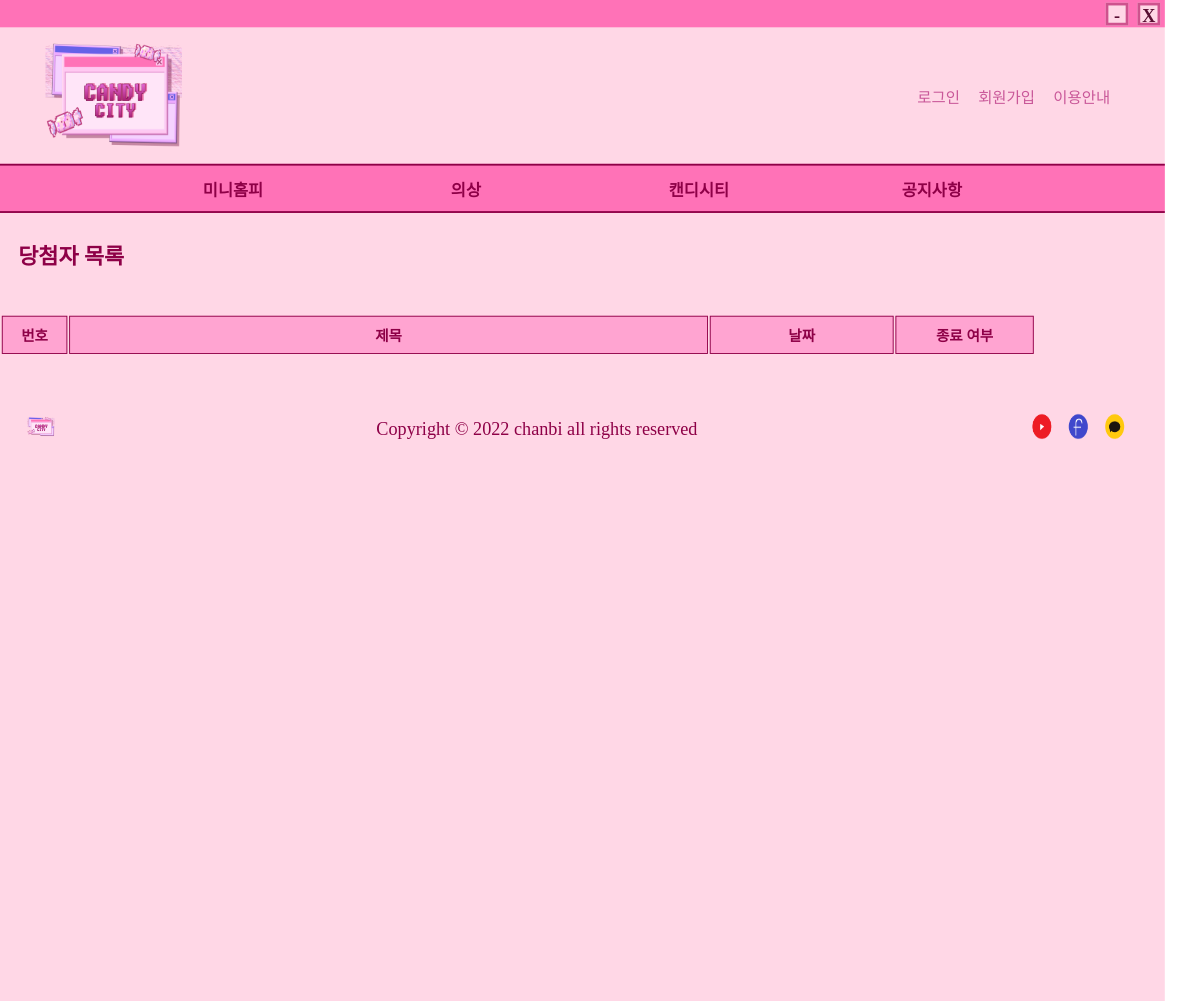
Repository: chanbiM/candyCityProject
Page: http://localhost/CandyCityProj/getNoticeList?type=null
These files come from the project's save history. The page is drawn as it stood at one moment and after the next save; the edit follows.
The browser window is 1280 px wide. The page is 1310 px wide, so the pictures cover 1310 px, including what lies to the right of the window. The pictures show the whole page, at 91% of full size.
Some web fonts or font styles are not loaded; a fallback is used. The page is served by Tomcat 9. Other server files are loaded and not shown. Queries for data that is not in the repository find no rows.

Above is the page before, as saved 2022-11-19 08:13:14.

### CandyCityProj/WebContent/member/event/noticeList.jsp
<%@page import="vo.NoticeVO"%>
<%@page import="java.util.ArrayList"%>
<%@page import="vo.MemberVO"%>
<%@ page language="java" contentType="text/html; charset=UTF-8"
    pageEncoding="UTF-8"%>
<%@ include file="/header.jsp"%>
<link rel="stylesheet" href="/css/homepiStyle.css">
<link rel="stylesheet" href="/css/postListStyle.css">

	<br>
<%
	ArrayList<NoticeVO> noticeList = (ArrayList<NoticeVO>)request.getAttribute("noticeList");
	String type = (String)request.getAttribute("type");
%>
	<!--이벤트 목록-->
	<%
		if(type.equals("E")){
	%>
			<h2>이벤트 목록</h2> <br>
	<% } else if(type.equals("N")) {%>
			<h2>공지사항 목록</h2> <br>
	<% } else {%>
			<h2>당첨자 목록</h2> <br>
	<% } %>


			<table id="homepiList">
				<tr>
					<th class="number">
						번호
					</th>

					<th class="title">
						제목
					</th>

					<th class="date">
						날짜
					</th>

					<th class="end">
						종료 여부
					</th>
				</tr>

				<%
					int num = 1;
					for(NoticeVO data : noticeList) {
				%>
					<tr>
						<td>
							<a href="/getNotice?noticeCode=<%= data.getNoticeCode() %>"><%= num %></a>
						</td>
						<td>
							<a href="/getNotice?noticeCode=<%= data.getNoticeCode() %>"><%= data.getTitle() %></a>
						</td>
						<td>
							<a href="/getNotice?noticeCode=<%= data.getNoticeCode() %>"><%= data.getWriteDate() %></a>
						</td>
						<td>
							<% if(data.getEndO() == null){ %>
								<a href="/getNotice?noticeCode=<%= data.getNoticeCode() %>">진행중</a>
							<% } else {%>
								<a href="/getNotice?noticeCode=<%= data.getNoticeCode() %>">종료</a>
							<% } %>
						</td>
				</tr>
					<% num++; %>
				<% } %>


			</table>

<%@ include file="/footer.jsp"%>

### CandyCityProj/WebContent/header.jsp
<%@page import="vo.MemberVO"%>
<%@ page language="java" contentType="text/html; charset=UTF-8"
	pageEncoding="UTF-8"%>
<!DOCTYPE html>
<html>
<head>
<meta charset="UTF-8">
<title>Candy City</title>
<link rel="stylesheet" href="/css/mainStyle.css">
<script src="/js/jquery-3.1.1.min.js"></script>
</head>
<body>
	<div class="wrapper">
		<!-- 창 바 -->
		<div class="window">
			<button class="widow_btn" id="-_btn">-</button>
			<button class="widow_btn" id="x_btn">X</button>
		</div>

		<header>
			<!-- 로고 -->
			<div class="logo">
				<a href="/index.jsp"><img alt="로고" src="/images/logo.png"></a>
			</div>

			<!-- 기타 메뉴바 -->
			<div class="minimenu">

				<ul>
					<%
						MemberVO vo = (MemberVO) session.getAttribute("loginOK");
						if (vo == null) {
					%>
					<li><a href="/member/login.jsp">로그인</a></li>
					<li><a href="/member/insertMember.jsp">회원가입</a></li>
					<li><a href="#">이용안내</a></li>
					<%
						} else {
					%>
					<li><a href="/member/myPage.jsp"><%=vo.getName()%>님</a></li>
					<li><a href="/logout"> 로그아웃 </a></li>
					<li><a href="/member/myPage.jsp">마이페이지</a></li>
					<li><a href="#">이용안내</a></li>

					<%
						}
					%>
				</ul>

			</div>
		</header>

		<!-- 메뉴바 -->
		<nav>
			<ul class="mainmenu">
				<li><a href="/getHomepiList">미니홈피</a>
					<ul class="submenu">
					<%
						if (vo == null) {
					%>
						<li><a href="/member/login.jsp">내 미니홈피</a></li>
						<li><a href="/getHomepiList">미니홈피 목록</a></li>
					<%
						} else {
					%>

						<li><a href="/GetHomepi?id=<%= vo.getId() %>">내 미니홈피</a></li>
						<li><a href="/getHomepiList">미니홈피 목록</a></li>
					<%
						}
					%>
					</ul></li>

				<li><a href="/character/shop.jsp">의상</a>
					<ul class="submenu">
						<li><a href="/character/character_setting.jsp">내 의상</a></li>
						<li><a href="/character/shop.jsp">의상 상점</a></li>
					</ul></li>

				<li><a href="#">캔디시티</a>
					<ul class="submenu">
					</ul></li>

				<li><a href="#">공지사항</a>
					<ul class="submenu">
						<li><a href="/getNoticeList?type=E">이벤트</a></li>
						<li><a href="/getNoticeList?type=N">공지사항</a></li>
						<li><a href="/getNoticeList?type=R">당첨자 발표</a></li>
					</ul></li>

				<%
					MemberVO adminVo = (MemberVO) session.getAttribute("manager");
					if (adminVo != null) {
				%>
				<li><a href="/member/memberList_admin.jsp">관리자용 메뉴</a>
					<ul class="submenu">
						<li><a href="#">유저 리스트</a></li>
						<!-- <li><a href="#">문의글 확인</a></li>
						<li><a href="#">신고글 확인</a></li> -->
						<li><a href="/admin/noticeInsert.jsp">공지사항/이벤트 작성</a></li>
					</ul></li>
			<%
				}
			%>
			</ul>

		</nav>

### CandyCityProj/WebContent/footer.jsp
<%@ page language="java" contentType="text/html; charset=UTF-8"
    pageEncoding="UTF-8"%>
        <!-- 푸터 영역 -->
        <footer>
            <!-- 하단로고 -->
            <div>
                <a href="/index.jsp" class="logo">
                    <img src="/images/logo.png" alt="로고" >
                </a>
            </div>
            <!-- 카피라이트 -->
            <div class="copyright">
                <p> Copyright &copy; 2022 chanbi all rights reserved</p>
            </div>
            <!-- SNS -->
            <div>
                <ul class="sns">
                    <li><a href="https://www.youtube.com/@rorochanbi"><img src="/images/youtube.png" alt="유튜브" height="40"></a></li>
                    <li><a href="#"><img src="/images/facebook.png" alt="페이스북" height="40"></a></li>
                    <li><a href="https://open.kakao.com/o/s1olGebe"><img src="/images/kakao.png" alt="카카오톡" height="40"></a></li>
                </ul>
            </div>
        </footer>
    </div>
	<script src="/js/script.js"></script>
</body>
</html>

### CandyCityProj/src/controller/GetNoticeListController.java
package controller;

import java.io.IOException;
import java.io.PrintWriter;
import java.util.ArrayList;

import javax.servlet.ServletException;
import javax.servlet.annotation.WebServlet;
import javax.servlet.http.HttpServlet;
import javax.servlet.http.HttpServletRequest;
import javax.servlet.http.HttpServletResponse;

import dao.MemberDAO;
import dao.adminDAO;
import vo.MemberVO;
import vo.NoticeVO;

@WebServlet("/getNoticeList")
public class GetNoticeListController extends HttpServlet {
	private static final long serialVersionUID = 1L;

    public GetNoticeListController() {
        super();
    }

	protected void doGet(HttpServletRequest request, HttpServletResponse response) throws ServletException, IOException {
		response.setContentType("text/html; charset=UTF-8");
		request.setCharacterEncoding("UTF-8");
		PrintWriter out = response.getWriter();
		adminDAO dao = new adminDAO();
		String type = request.getParameter("type");
		System.out.println(type);

		ArrayList<NoticeVO> noticeList = dao.getNoticeList(type);

		request.setAttribute("noticeList", noticeList);
		request.setAttribute("type", type);
		request.getRequestDispatcher("/member/event/noticeList.jsp").forward(request, response);
	}

	protected void doPost(HttpServletRequest request, HttpServletResponse response) throws ServletException, IOException {
		doGet(request, response);
	}

}

### CandyCityProj/src/dao/adminDAO.java
package dao;

import java.sql.Connection;
import java.sql.PreparedStatement;
import java.sql.ResultSet;
import java.sql.SQLException;
import java.util.ArrayList;

import common.JdbcUtill;
import vo.MemberVO;
import vo.NoticeVO;
import vo.PostVO;

public class adminDAO {
	//공지사항 작성
	public int insertNotice(NoticeVO vo, MemberVO memberVo) {
		int n = 0;

		Connection conn = null;
		PreparedStatement pstmt = null;
		String sql = "insert into manager_notice values('notice-'||notice_seq.nextval,?,?,?,?,NULL,SYSDATE)";

		conn = JdbcUtill.getConnection();

		try {
			pstmt = conn.prepareStatement(sql);

			pstmt.setString(1, memberVo.getId());
			pstmt.setString(2, vo.getType());
			pstmt.setString(3, vo.getTitle());
			pstmt.setString(4, vo.getContents());

			n = pstmt.executeUpdate();

		} catch (SQLException e) {
			e.printStackTrace();
		} finally {
			JdbcUtill.close(conn, pstmt);
		}

		return n;
	}

	//이벤트 게시글 조회
	public ArrayList<NoticeVO> getNoticeList(String type) {
		ArrayList<NoticeVO> list = new ArrayList<NoticeVO>();
		Connection conn = null;
		PreparedStatement pstmt = null;
		ResultSet rs = null;
		String sql = "select * from manager_notice where type=? ORDER BY notice_code desc";

		try {
			conn = JdbcUtill.getConnection();
			pstmt = conn.prepareStatement(sql);
			pstmt.setString(1, type);
			rs = pstmt.executeQuery();

			while (rs.next()) {
				NoticeVO vo = new NoticeVO();
				vo.setNoticeCode(rs.getString("notice_code"));
				vo.setId(rs.getString("id"));
				vo.setType(rs.getString("type"));
				vo.setTitle(rs.getString("title"));
				vo.setContents(rs.getString("contents"));
				vo.setEndO(rs.getString("end_o"));
				vo.setWriteDate(rs.getDate("write_date"));

				list.add(vo);
			}

		} catch (SQLException e) {
			e.printStackTrace();
			System.out.println("테이블 데이터 조회 실패");
		} finally {
			 JdbcUtill.close(conn, pstmt, rs);
		}
		return list;
	}

	//공지사항 내용 조회
	public NoticeVO getNoticeInfo(String noticeCode) {
		Connection conn = null;
		PreparedStatement pstmt = null;
		ResultSet rs = null;
		String sql = "select * from manager_notice where notice_code=?";
		NoticeVO result = new NoticeVO();

		conn = JdbcUtill.getConnection();
		try {
			pstmt = conn.prepareStatement(sql);
			pstmt.setString(1, noticeCode);

			rs = pstmt.executeQuery();

			if(rs.next()) {
				result.setNoticeCode(rs.getString("notice_code"));
				result.setId(rs.getString("id"));
				result.setType(rs.getString("type"));
				result.setTitle(rs.getString("title"));
				result.setContents(rs.getString("contents"));
				result.setEndO(rs.getString("end_o"));
				result.setWriteDate(rs.getDate("write_date"));
			}

		} catch (Exception e) {
			e.printStackTrace();
		} finally {
			JdbcUtill.close(conn, pstmt, rs);
		}

		return result;
	}

	//공지사항 인덱스에 몇개만 출력
	public ArrayList<NoticeVO> getNoticeIndex(String type) {
		ArrayList<NoticeVO> list = new ArrayList<NoticeVO>();
		Connection conn = null;
		PreparedStatement pstmt = null;
		ResultSet rs = null;
		String sql = "select ROWNUM, a.* from (SELECT * FROM manager_notice where type=? AND end_o IS null ORDER BY notice_code desc) a where ROWNUM <=9";

		try {
			conn = JdbcUtill.getConnection();
			pstmt = conn.prepareStatement(sql);
			pstmt.setString(1, type);
			rs = pstmt.executeQuery();

			while (rs.next()) {
				NoticeVO vo = new NoticeVO();
				vo.setNoticeCode(rs.getString("notice_code"));
				vo.setType(rs.getString("type"));
				vo.setTitle(rs.getString("title"));
				vo.setEndO(rs.getString("end_o"));

				list.add(vo);
			}

		} catch (SQLException e) {
			e.printStackTrace();
			System.out.println("테이블 데이터 조회 실패");
		} finally {
			 JdbcUtill.close(conn, pstmt, rs);
		}
		return list;
	}

	public int updateEnd(String noticeCode) {
		int n = 0;
		Connection conn = null;
		PreparedStatement pstmt = null;
		String sql = "update manager_notice set end_o='O' where notice_code=?";

		try {
			conn = JdbcUtill.getConnection();
			pstmt = conn.prepareStatement(sql);
			pstmt.setString(1, noticeCode);

			n = pstmt.executeUpdate();
		} catch (Exception e) {
			e.printStackTrace();
		} finally {
			JdbcUtill.close(conn, pstmt);
		}
		return n;
	}

	//멤버리스트
	public ArrayList<MemberVO> getMemberList() {
		ArrayList<MemberVO> list = new ArrayList<MemberVO>();
		Connection conn = null;
		PreparedStatement pstmt = null;
		ResultSet rs = null;
		String sql = "select * from member ORDER BY name asc";

		try {
			conn = JdbcUtill.getConnection();
			pstmt = conn.prepareStatement(sql);

			rs = pstmt.executeQuery();

			while (rs.next()) {
				MemberVO vo = new MemberVO();
				vo.setId(rs.getString("id"));
				vo.setName(rs.getString("name"));
				vo.setJoinDate(rs.getDate("join_date"));
				vo.setLoginDate(rs.getDate("login_date"));
				vo.setCandy(rs.getInt("candy"));
				vo.setPostNum(rs.getInt("post_num"));
				vo.setCommentNum(rs.getInt("comment_num"));
				vo.setManager(rs.getString("manager"));

				list.add(vo);
			}

		} catch (SQLException e) {
			e.printStackTrace();
			System.out.println("테이블 데이터 조회 실패");
		} finally {
			 JdbcUtill.close(conn, pstmt, rs);
		}
		return list;
	}
}

### CandyCityProj/src/common/JdbcUtill.java
package common;

import java.sql.Connection;
import java.sql.DriverManager;
import java.sql.PreparedStatement;
import java.sql.ResultSet;

public class JdbcUtill {
	public static Connection getConnection() {
		Connection conn = null;

		try {
			Class.forName("oracle.jdbc.driver.OracleDriver");
			conn = DriverManager.getConnection("jdbc:oracle:thin:@localhost:1521:xe", "hr", "hr");
		} catch (Exception e) {
			System.out.println("DB 연결 실패");
			e.printStackTrace();
		}
		return conn;
	}

	public static void close(Connection conn, PreparedStatement pstmt) {
		if (pstmt!= null) {
			try {
				pstmt.close();
			} catch (Exception e) {
				// TODO: handle exception
				System.out.println("pstmt.close() 실패");
			}
		}

		if(conn != null) {
			try {
				conn.close();
			} catch (Exception e) {
				// TODO: handle exception
				System.out.println("conn.close() 실패");
				e.printStackTrace();
			}
		}
	}

	public static void close(Connection conn, PreparedStatement pstmt, ResultSet rs) {
		if(rs != null) {
			try {
				rs.close();
			} catch (Exception e) {
				// TODO: handle exception
				System.out.println("rs.close() ����");
				e.printStackTrace();
			}
		}
		close(conn, pstmt);
	}


}

### CandyCityProj/WebContent/css/homepiStyle.css
body {
    -ms-overflow-style: none;
}

body::-webkit-scrollbar {
    display: none;
}
.wrapper {
	min-height: 1100px;
}

.member_info {
    width: 95%;
    background-color: #fecddd;
    height: 150px;
    margin: auto;
    padding: 20px;
}

.member_info ul {
    display: flex;
    justify-content: space-evenly;
    align-items: center;
}

.profile_char {
    width: 150px;
    height: 150px;
    background-color: rgb(164, 111, 130);
    border-radius: 20px;
}

.info {
    width: 800px;
}

#homepi_info {
    width: 150px;
    height: 40px;
    margin-top: 100px;
    background-color: #ca6497;
    color: #fff1f1;
    border: 2px #9a4f74 solid;
    border-radius: 5px;
}

#homepi_info:hover {
    background-color: #943464;
    color: #d5c8c8;
    cursor: pointer;
    transition: background-color 0.2s, color 0.2s;
}

input:focus {outline: none;}

input::placeholder {
    color: #7e3b5d;
}

.character_info {
    float: left;
    width: 300px;
    background-color: #fecddd;
    height: 470px;
    margin: 15px;
    padding: 20px;
    text-align: center;
}

.info_character {
    background-color: rgb(164, 111, 130);
    width: 280px;
    border-radius: 20px;
    height: 350px;
    display: flex;
    margin: auto;
    margin-bottom: 5px;
}

#post_btn {
    width: 250px;
    height: 40px;
    margin-bottom: 10px;
    background-color: #ca6497;
    color: #fff1f1;
    border: 2px #9a4f74 solid;
    border-radius: 5px;
}
#post_btn:hover {
    background-color: #943464;
    color: #d5c8c8;
    cursor: pointer;
    transition: background-color 0.2s, color 0.2s;
}

.post_search {
    margin: 15px;

}

input[type="text"]{
   width: 65%;
   height: 50px;

    font-size: 25px;
    padding-left: 5px;
    /*border: #811b4e 2px solid;*/
    border: 2px solid #943464;
    background-color: rgb(255, 255, 255);
  }

  input[type="submit"]{
    width: 5%;
    height: 56px;
    background-color: #ca6497;
    color: #fff1f1;
    border: 2px #9a4f74 solid;
  }
  input[type="submit"]:hover {
    background-color: #943464;
    color: #d5c8c8;
    cursor: pointer;
    transition: background-color 0.2s, color 0.2s;
}

.representative_post {
    border: 2px solid #943464;

    width: 66%;
    height: 750px;
    display: inline-block;
    padding: 20px;
}
#post_content {
    height: 370px;
}
#post_list {
    display: flex;
    align-items: flex-end;
    justify-content: flex-end;
}
#post_list button{
    background-color: #ca6497;
    color: #fff1f1;
    border: 2px #9a4f74 solid;
    width: 200px;
    height: 40px;
}



#post_list button:hover {
    background-color: #943464;
    color: #d5c8c8;
    cursor: pointer;
    transition: background-color 0.2s, color 0.2s;
}

hr {
    width: 100%;
    text-align: center;
    margin: auto;

	height : 1px;
    border: 0;
	background-color : #811b4e;
}

.post {
    border: 2px solid #943464;

    width: 66%;
    height: 750px;
    display: inline-block;
    padding: 20px;
}

.title {
	margin: 0px;
}

.date {
	width: 100px;
}

### CandyCityProj/WebContent/css/postListStyle.css
#post_list {
    width: 900px;
    display: flex;
    justify-content: center;

}

table {
	margin: 0;
}
th {
	background-color: #ffa4d1;
}


td, th, tr {
	text-align: center;
    border: 1px solid;
    height: 40px;
    overflow: hidden;
}

.number {
    width: 70px;
}

.title {
    width: 700px;
}
.date {
	width: 200px;
}
.end {
	width: 150px;
}
.type {
    width: 80px;
}

.name {
	width: 800px;
}

.joinDate {
	width: 400px;
}

.loginDate {
	width: 400px;
}

.buttonBox {
	width: 100%;
    display: flex;
    justify-content: flex-end;

}

.listBtn {
	margin-right: 10px;
	margin-bottom: 20px;
	width: 250px;
    height: 40px;
    margin-bottom: 10px;
    background-color: #f499c5;
    border: 2px #9a4f74 solid;
    border-radius: 5px;
}

.listBtn:hover {
    background-color: #943464;
    color: #d5c8c8;
    cursor: pointer;
    transition: background-color 0.2s, color 0.2s;
}

h2 {
	margin-left: 20px;
	margin-top: 10px;
}

.homepiList {
	margin: auto;

}

Loaded but not shown: CandyCityProj/WebContent/js/jquery-3.1.1.min.js (library); CandyCityProj/WebContent/js/script.js (84 lines, source omitted); CandyCityProj/WebContent/css/mainStyle.css (514 lines, source omitted)

After the next save:
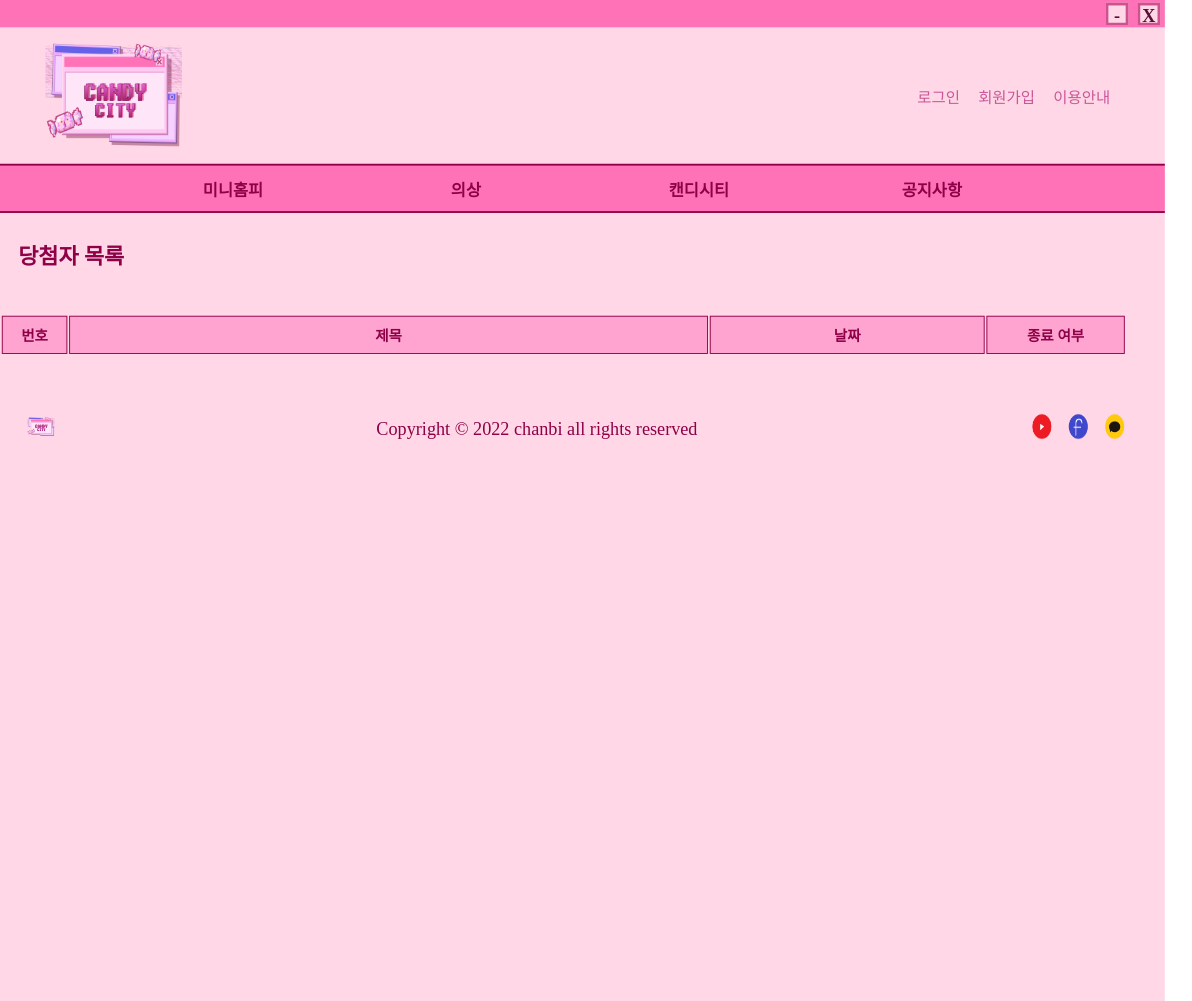
Saved 15 s later.
--- a/CandyCityProj/WebContent/css/postListStyle.css
+++ b/CandyCityProj/WebContent/css/postListStyle.css
@@ -5,9 +5,6 @@
 
 }
 
-table {
-	margin: 0;
-}
 th {
 	background-color: #ffa4d1;
 }
@@ -28,7 +25,7 @@ td, th, tr {
     width: 700px;
 }
 .date {
-	width: 200px;
+	width: 300px;
 }
 .end {
 	width: 150px;
